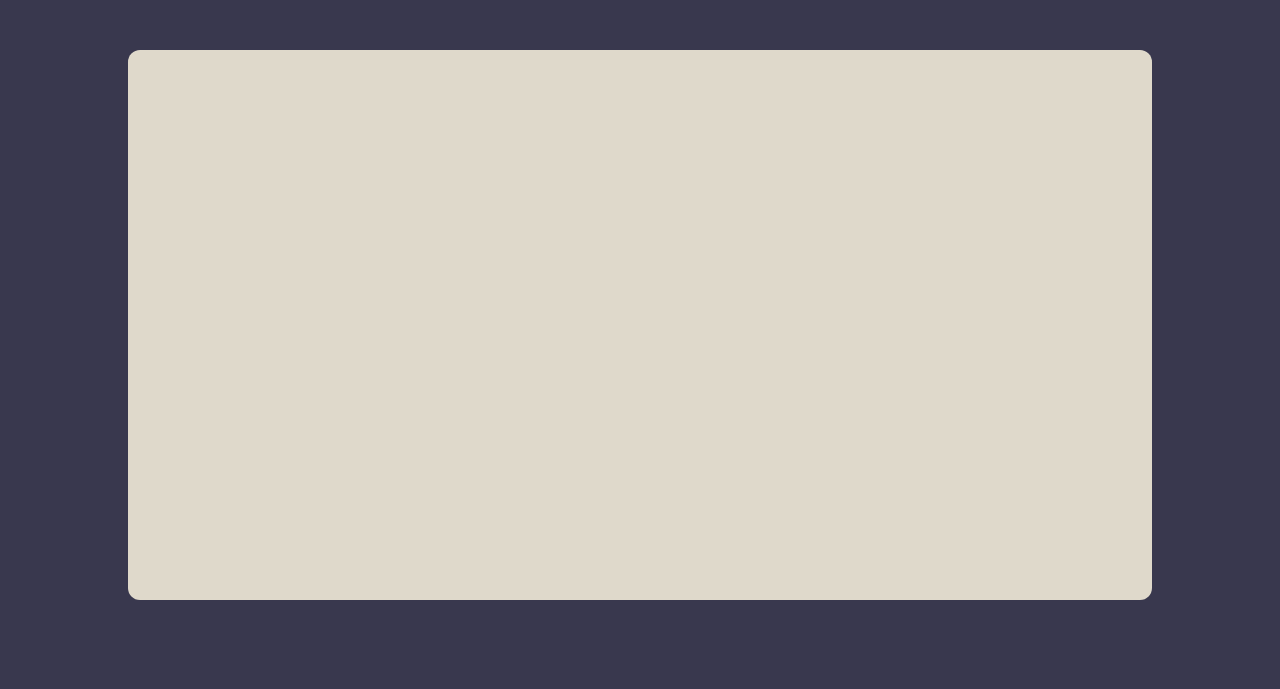
Repository: UAQJavaEveris/ProyectoFinalEdwin
Page: http://localhost/FrontOperativo/modificarPersonaje.jsp
An editor plug-in stored every save of this project. The page is shown before and after the next save, followed by the edit.
The browser window is 1280 px wide. The pictures show the whole page.
The page is served by Tomcat 9. Other server files are loaded and not shown.

Above is the page before, as saved 2016-12-09 18:02:10.

### FrontOperativo/WebContent/modificarPersonaje.jsp
<%@ page language="java" contentType="text/html; charset=ISO-8859-1"
    pageEncoding="ISO-8859-1"%>
<!DOCTYPE HTML>
<html>
<head>
	<%@ taglib prefix="c"
	           uri="http://java.sun.com/jsp/jstl/core" %>
	<%@page import="mx.com.everis.tallerjava.services.*,
				mx.com.everis.tallerjava.clases.Consultas,
				java.util.*"%>

	<meta http-equiv="Content-Type" content="text/html; charset=ISO-8859-1">
	<title>Modificar Personaje</title>
	<link rel="stylesheet" type="text/css" href="estilos.css">
	<script type="text/javascript" src="funciones.js"></script>

</head>
<body>
<div class="encabezado">

</div>

<div class="contenido">
</div>


</body>
</html>

### FrontOperativo/WebContent/estilos.css
*{
	margin: 0px;
	padding: 0px;
}

body{
	padding: 50px 10% 50px 10%;
	background-color: #39384e;
}

div.encabezado{
	width: 100%;
	float: left;
}

div.contenido{
	background-color: #dfd9cb;
	width: 60%;
	height: 450px;
	padding: 50px 20% 50px 20%;
	overflow: auto;
	border-radius: 12px;
	float: left;
}

div.campoPersonaje{
	width: 100%;
	height: 350px;
	background-color: #0c1932;
	margin-bottom: 30px;
	color: #fff;
	border-radius: 12px;
	float: left;
	overflow: auto;
}

	div.campoEncabezado{
		padding-left: 5%;
		padding-right: 5%;
		width: 90%;
		background-color: #545048;
		color: #ede9e1;
		float: left;
	}

		div.campoEncabezado h4{
			float: left;
			width: 100%;
			text-align: center;
			font-size: 35px;
		}


	div.campoContenido{
		padding: 5px 5% 5px 5%;
		width: 90%;
		float: left;

	}
		div.campoContenido h4{
			float: left;
			width: 100%;
			text-align: center;
			font-size: 25px;
		}
		div.campoContenido h5{
			float: left;
			width: 100%;
			font-size: 18px;
		}
		div.campoContenido h6{
			float: left;
			width: 100%;
			text-align: center;
			font-size: 20px;
			margin-bottom: 15px;
		}

	div.campoBotones{
		padding: 15px 5% 5px 5%;
		width: 90%;
		float: left;
		margin-bottom: 25px;
	}

	div.campoBotones button{
		width: 20%;
		heigth: 25px;
		font-size: 20px;
		border-radius: 8px;
	}

div.wrapper{
	text-align: center;
}

.formModal{
	width: 34%;
	height: 500px;
	background-color: black;
	top: 50%;
	left: 50%;
	margin-left: -22%;
	margin-top: -250px;
	background-color: #0c1932;
	border-radius: 15px;
	padding: 25px 5% 15px 5%;
	position: absolute;
	overflow-y: auto;
}

.formModal input{
	width: 100%;
	height: 45px;
	font-size: 25px;
	margin: 20px 0px 20px 0px;
	border-radius: 10px;
}
.formModal button[type="submit"]{
	width: 100%;
	height: 45px;
	font-size: 25px;
	margin: 20px 0px 20px 0px;
	border-radius: 10px;
	background-color: #dfd9cb;
	color: #0c1932;

}

.formModal select{
	width: 100%;
	height: 45px;
	font-size: 30px;
	margin: 20px 0px 20px 0px;
	border-radius: 10px;
}
.formModal h4{
	color: white;
	font-size: 40px;
	text-align: center;
	margin-bottom: 15px;
	float: left;
}

button.cerrarModal{
	width: 35px;
	height: 35px;
	font-size: 25px;
	color: #fff;
	background-color: red;
	border-radius: 5px;
	float: right;
}

button.cerrarModal:hover{
	background-color: #cc0000;
}
.vtnModal{
	width: 100%;
	height: 100%;
	background-image: url(bg-modal.png);
	top: 0px;
	left: 0px;
	position: fixed;
	display: none;
}

.vtnModal textarea{
	width: 100%;
	height: 110px;
	font-size: 20px;
	resize: none;
}

### FrontOperativo/WebContent/funciones.js
function nav(dir){
	window.location.href = dir;
}

function openModal(idModal){
	modalWin = document.getElementById(idModal);
	modalWin.style.display = "initial";
}

function closeModal(idModal){
	modalWin = document.getElementById(idModal);
	modalWin.style.display = "none";

	var inputs = document.getElementsByTagName('input');

    for (var i = 0; i<inputs.length; i++) {
    	if (inputs[i].type == 'text') {
    		inputs[i].value = '';
    	}
    }

    var textareas = document.getElementsByTagName('textarea');
    for (var i = 0; i<textareas.length; i++)
    	textareas[i].value = "";
}

After the next save:
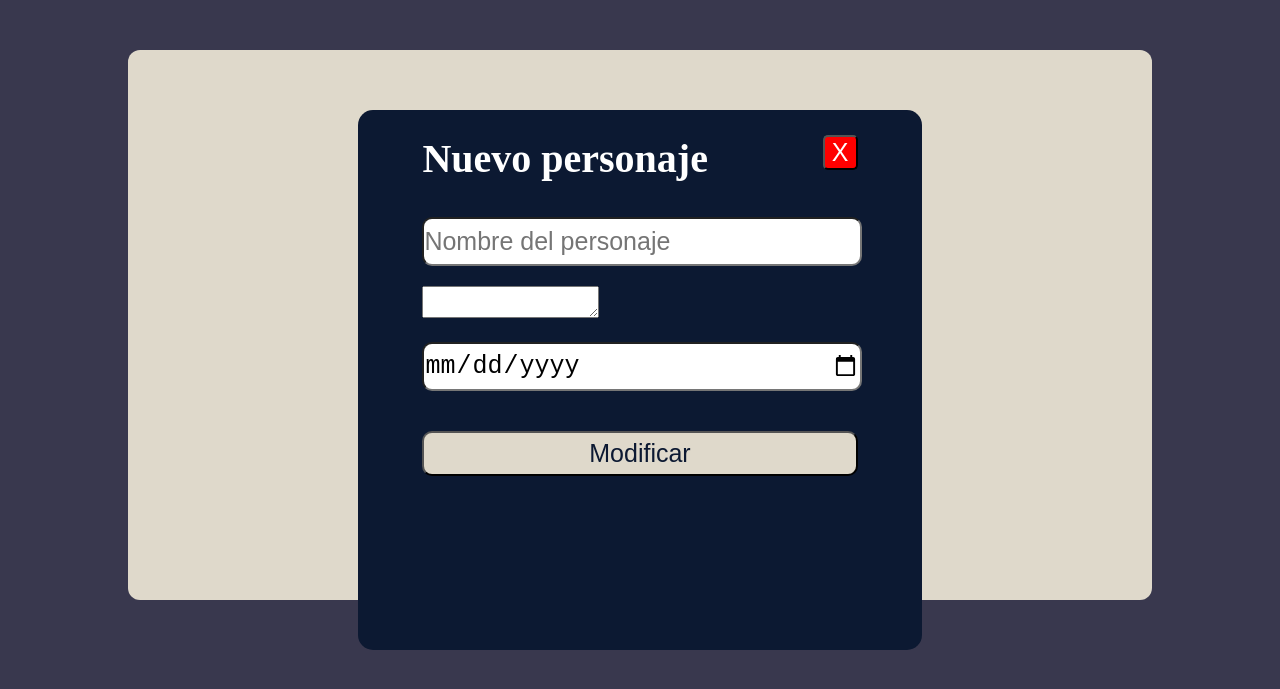
Saved 84 s later.
--- a/FrontOperativo/WebContent/modificarPersonaje.jsp
+++ b/FrontOperativo/WebContent/modificarPersonaje.jsp
@@ -21,6 +21,19 @@
 </div>
 
 <div class="contenido">
+	<form class="formModal" method="POST" action="DelUpServlet">
+
+		<button type="button" class="cerrarModal" onclick="closeModal('modalUpdPersonaje')">X</button>
+
+		<h4>Nuevo personaje</h4>
+		<input type="text" name="nombrePersonaje" placeholder="Nombre del personaje" required>
+		<textarea name="descripcion" placelholder="notas"></textarea>
+		<input type="date" name ="fechaNacimiento" placeholder="Fecha nacimiento (AAAA-MM-DD)" required>
+		<button type="submit" name="opcion" value="1">Modificar</button>
+
+	</form>
+
+
 </div>
 
 
